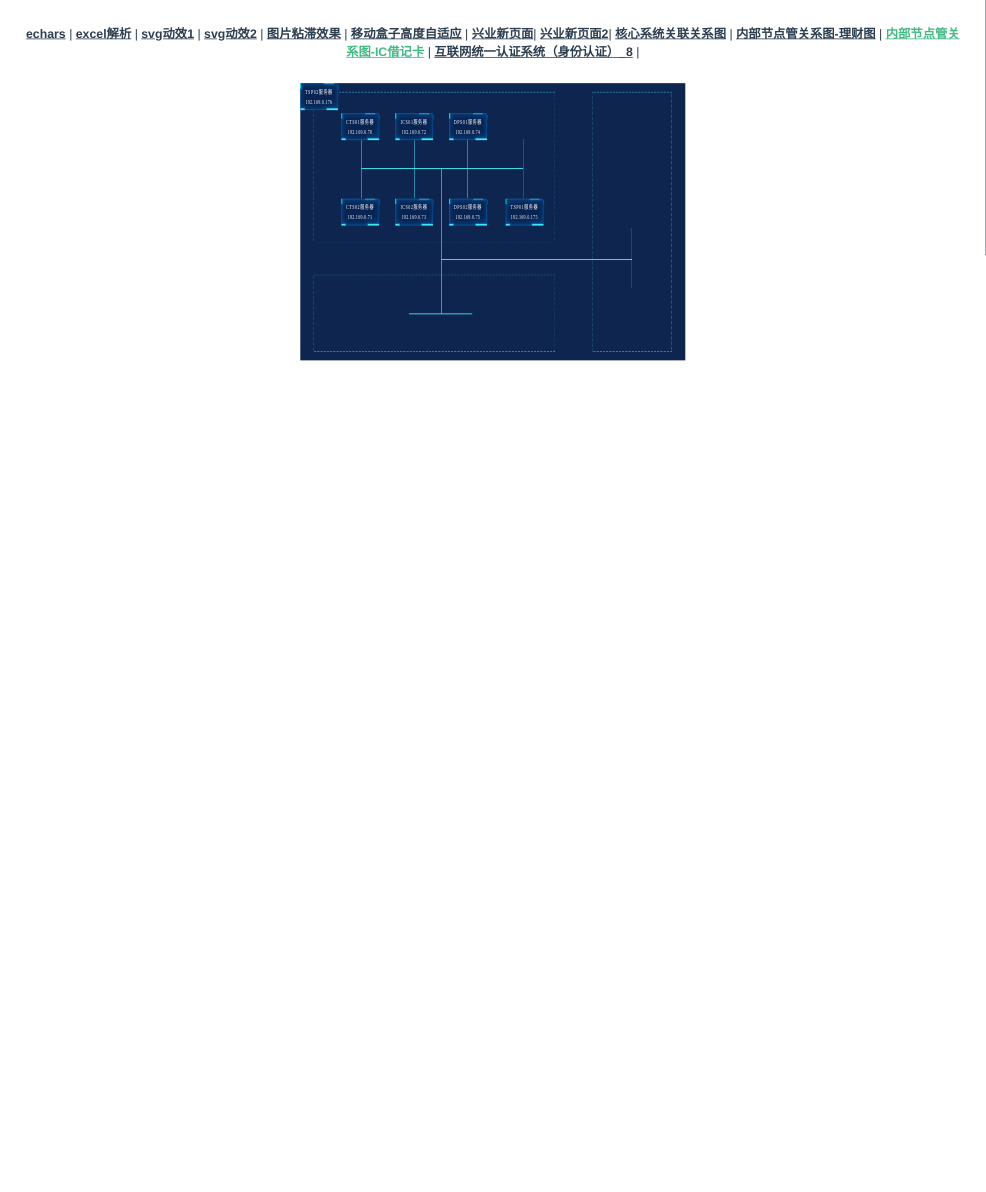
Repository: dmj199811/animation-dmj
Page: /#/work-page7
These files come from the project's save history. The page is drawn as it stood at one moment and after the next save; the edit follows.
The browser window is 1280 px wide. The pictures show the whole page, at 77% of full size.
The project was rebuilt for these pictures with package versions that can differ from the ones it lists, and the page was loaded fresh each time.

Above is the page before, as saved 2020-07-05 13:19:13.

After the next save:
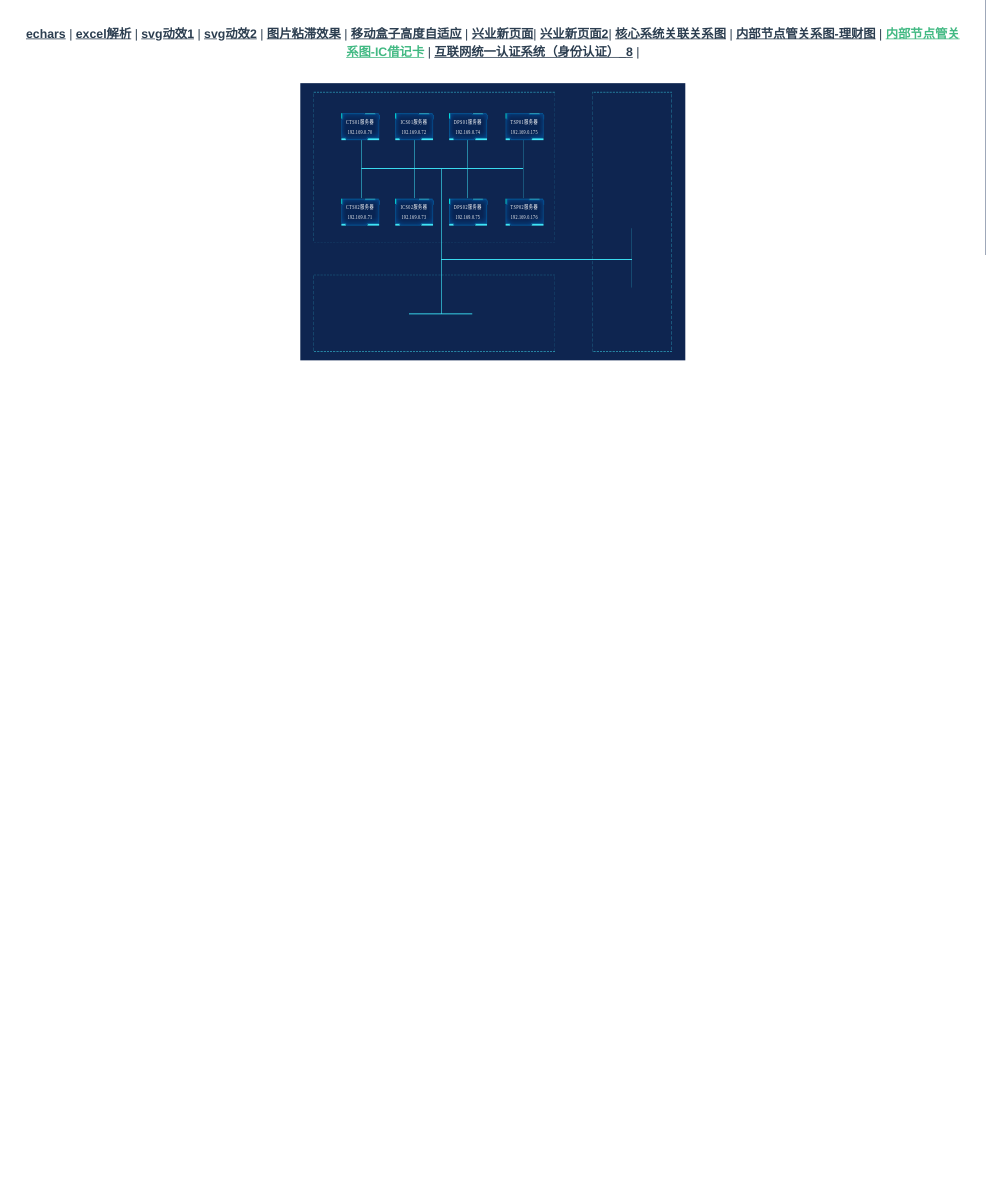
Saved 28 s later.
--- a/src/views/newPage5/index.vue
+++ b/src/views/newPage5/index.vue
@@ -187,6 +187,11 @@ export default {
 }
 .pos7 {
   position: absolute;
+  top: 78px;
+  left: 800px;
+}
+.pos8 {
+  position: absolute;
   top: 300px;
   left: 800px;
 }
